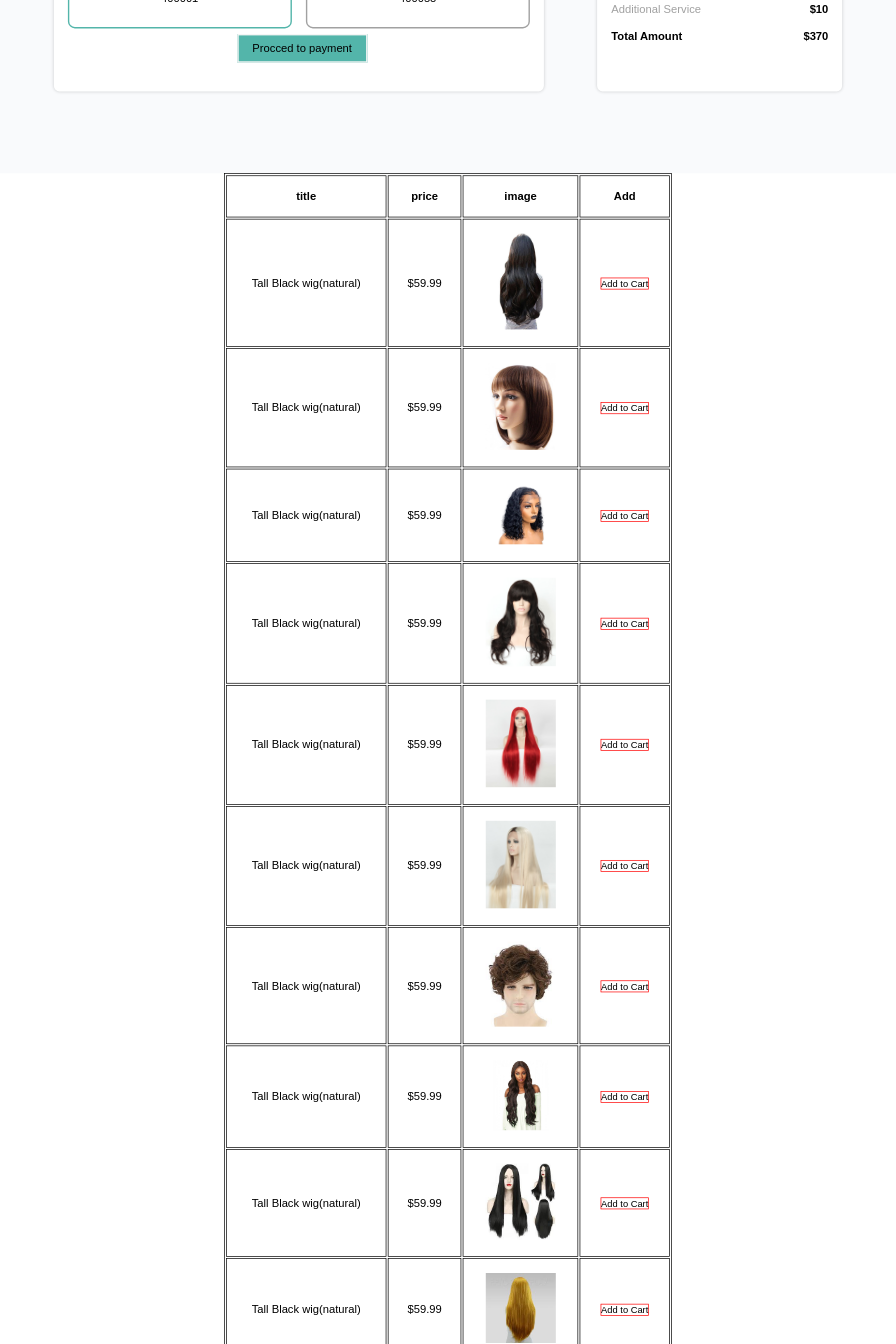
Repository: Zzero202/Zzero202
Page: index.html
The author's editor kept a copy of each file at every save. The page is drawn from the files as they stood at one save, then again after the next save.
The browser window is 1280 px wide. The pictures show the part of the page from y = 2682 to 4602 px (the page is 5025 px tall), at 70% of full size.
A picture or video elsewhere on the page could not be fetched, so the positions and the page height are approximate.

Above is the page before, as saved 2021-12-09 01:51:52.

After the next save:
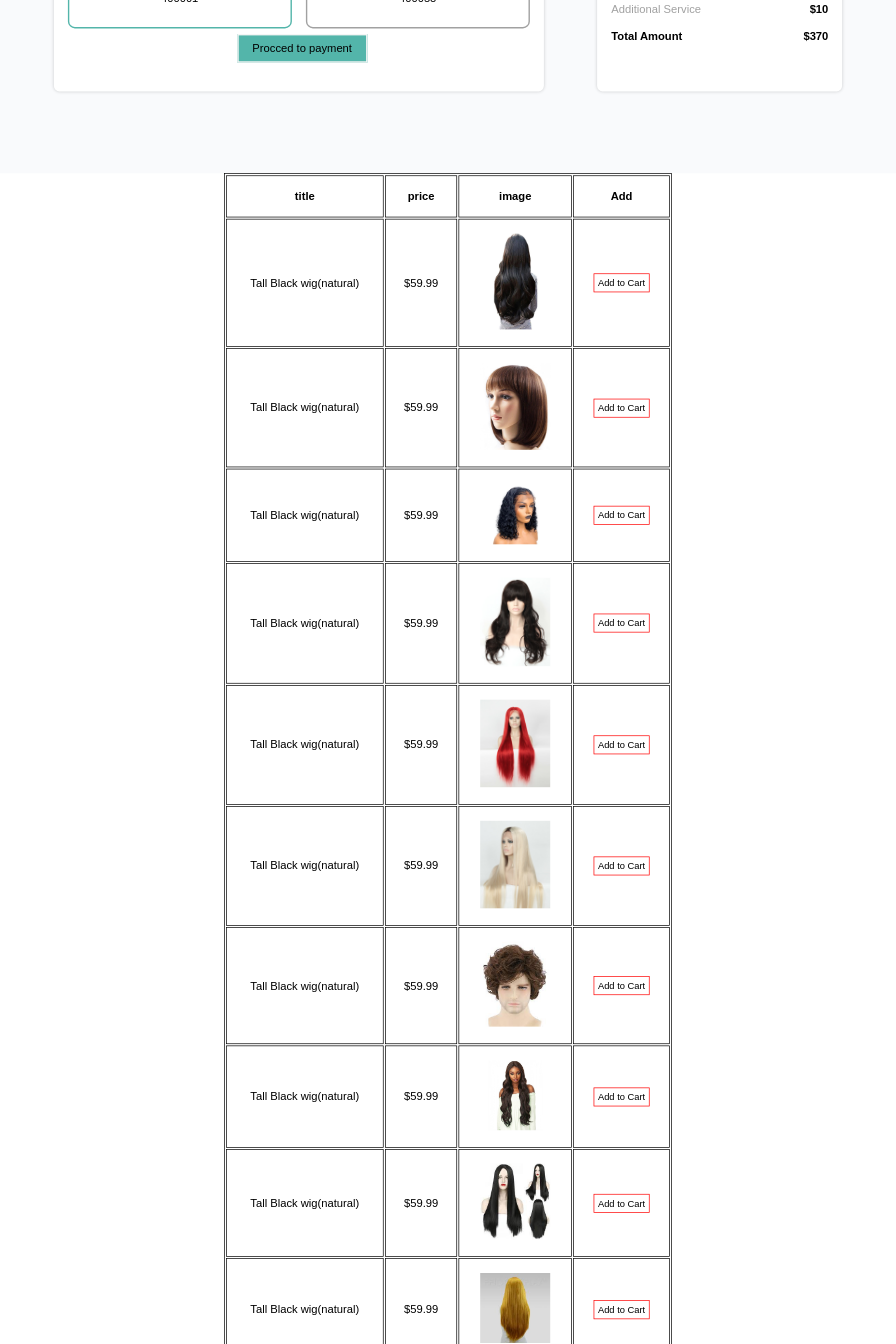
Saved 6 s later.
--- a/index.html
+++ b/index.html
@@ -719,6 +719,6 @@ footer a {
   table tr td button{
     border:1px solid red;
     background: transparent;
-    border
+    padding:5px;
   }
 </style>
